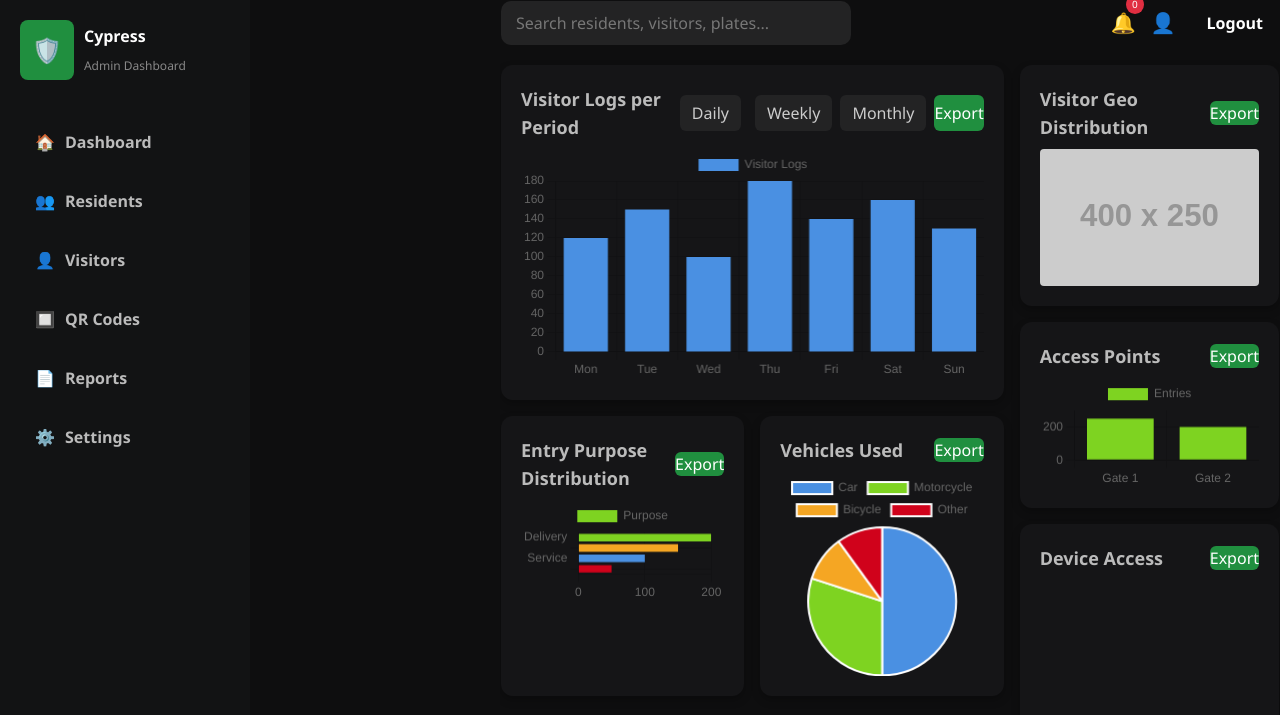
Repository: camuramon/my-project
Page: templates/admin/reports.html
These files come from the project's save history. The page is drawn as it stood at one moment and after the next save; the edit follows.
The browser window is 1280 px wide. The pictures show the whole page.
An inner scrolling area shows only its first screen. Some web libraries are served in a nearby version. The template is drawn by Flask 3. The application's start-up code is not run. Other server files are loaded and not shown. The template is opened directly, without the code that normally fills it, so the values that code supplies are empty.

Above is the page before, as saved 2025-09-14 00:26:14.
Console error: TypeError: Cannot read properties of null (reading 'addEventListener')

### templates/admin/reports.html
<!DOCTYPE html>
<html lang="en">
<head>
    <meta charset="UTF-8">
    <meta name="viewport" content="width=device-width, initial-scale=1.0">
    <title>VMS Reports Dashboard</title>

    <link rel="stylesheet" href="{{ url_for('static', filename='css/report.css') }}">
    <script src="https://cdn.jsdelivr.net/npm/chart.js"></script>
    <script src="https://cdn.tailwindcss.com"></script>
</head>
<body>
    <div class="container">
        <aside class="sidebar">
            <div class="logo">
                <div class="icon">🛡️</div>
                <div class="title">
                    <h2>Cypress</h2>
                    <span>Admin Dashboard</span>
                </div>
            </div>
            <nav>
                <ul class="sidebar-menu">
                    <li class="{% if request.path == url_for('admin_dashboard') %}active{% endif %}">
                        <a href="{{ url_for('admin_dashboard') }}"><span class="icon">🏠</span> Dashboard</a>
                    </li>
                    <li class="{% if request.path == url_for('admin_residents') %}active{% endif %}">
                        <a href="{{ url_for('admin_residents') }}"><span class="icon">👥</span> Residents</a>
                    </li>
                    <li class="{% if request.path == url_for('admin_visitors') %}active{% endif %}">
                        <a href="{{ url_for('admin_visitors') }}"><span class="icon">👤</span> Visitors</a>
                    </li>
                    <li><a href="#"><span class="icon">🔲</span> QR Codes</a></li>
                    <li class="{% if request.path == url_for('admin_reports') %}active{% endif %}">
                        <a href="{{ url_for('admin_reports') }}"><span class="icon">📄</span> Reports</a>
                    </li>
                    <li class="{% if request.path == url_for('admin_settings') %}active{% endif %}">
                        <a href="{{ url_for('admin_settings') }}"><span class="icon">⚙️</span> Settings</a>
                    </li>
                </ul>
            </nav>
        </aside>

        <main class="main-content">
            <header class="top-bar">
                <div class="search-bar">
                    <input type="search" placeholder="Search residents, visitors, plates..." />
                </div>
                <div class="top-icons">
                    <button class="icon-btn">🔔<span class="notification-count">{{ notifications|length }}</span></button>
                    <button class="icon-btn">👤</button>
                    <button id="logout-button" class="btn btn-gray text-white font-semibold py-2 px-4 rounded-full">
                Logout
            </button>
                </div>
            </header>
<script>
       document.getElementById('logout-button').addEventListener('click', function() {
    window.location.href = "/logout";   // ✅ tatawag sa Flask logout route
});
</script>
            <section class="flex flex-col lg:flex-row gap-4">
                <div class="flex-1 space-y-4">
                    <div class="card">
                        <div class="flex justify-between items-center mb-2">
                            <h3 class="text-lg font-semibold">Visitor Logs per Period</h3>
                            <div class="flex space-x-2">
                                <button class="btn-chart-toggle" data-period="daily">Daily</button>
                                <button class="btn-chart-toggle" data-period="weekly">Weekly</button>
                                <button class="btn-chart-toggle" data-period="monthly">Monthly</button>
                                <button class="btn-green">Export</button>
                            </div>
                        </div>
                        <canvas id="barChart"></canvas>
                    </div>

                    <div class="grid grid-cols-1 md:grid-cols-2 gap-4">
                        <div class="card">
                            <div class="flex justify-between items-center mb-2">
                                <h3 class="text-lg font-semibold">Entry Purpose Distribution</h3>
                                <button class="btn-green">Export</button>
                            </div>
                            <canvas id="horizontalChart"></canvas>
                        </div>
                        <div class="card">
                            <div class="flex justify-between items-center mb-2">
                                <h3 class="text-lg font-semibold">Vehicles Used</h3>
                                <button class="btn-green">Export</button>
                            </div>
                            <canvas id="pieChart"></canvas>
                        </div>
                    </div>
                </div>

                <div class="lg:w-1/3 space-y-4">
                    <div class="card">
                        <div class="flex justify-between items-center mb-2">
                            <h3 class="text-lg font-semibold">Visitor Geo Distribution</h3>
                            <button class="btn-green">Export</button>
                        </div>
                        <img src="https://placehold.co/400x250" alt="Geo map" class="w-full rounded">
                    </div>
                    <div class="card">
                        <div class="flex justify-between items-center mb-2">
                            <h3 class="text-lg font-semibold">Access Points</h3>
                            <button class="btn-green">Export</button>
                        </div>
                        <canvas id="accessChart"></canvas>
                    </div>
                    <div class="card">
                        <div class="flex justify-between items-center mb-2">
                            <h3 class="text-lg font-semibold">Device Access</h3>
                            <button class="btn-green">Export</button>
                        </div>
                        <canvas id="deviceChart"></canvas>
                    </div>
                </div>
            </section>

            <section class="grid grid-cols-1 md:grid-cols-2 gap-4 mt-4">
                <div class="card">
                    <h3 class="text-lg font-semibold mb-2">Visitor Logs</h3>
                    <div class="overflow-x-auto">
                        <table class="w-full text-sm">
                            <thead>
                                <tr class="border-b border-gray-600">
                                    <th class="text-left p-2">Name</th>
                                    <th class="text-left p-2">Purpose</th>
                                    <th class="text-left p-2">Vehicle</th>
                                    <th class="text-left p-2">Time In/Out</th>
                                    <th class="text-left p-2">Status</th>
                                </tr>
                            </thead>
                            <tbody>
                                <tr class="border-b border-gray-600 hover:bg-gray-800">
                                    <td class="p-2">John Doe</td>
                                    <td class="p-2">Delivery</td>
                                    <td class="p-2">Car</td>
                                    <td class="p-2">9:00 AM / 9:15 AM</td>
                                    <td class="p-2">Exited</td>
                                </tr>
                                <tr class="border-b border-gray-600 hover:bg-gray-800">
                                    <td class="p-2">Jane Smith</td>
                                    <td class="p-2">Guest</td>
                                    <td class="p-2">Motorcycle</td>
                                    <td class="p-2">10:00 AM / -</td>
                                    <td class="p-2">Inside</td>
                                </tr>
                            </tbody>
                        </table>
                    </div>
                    <a href="#" class="text-blue-400 float-right mt-2">View All</a>
                    <button class="btn-green mt-2">Export</button>
                </div>
                <div class="card">
                    <h3 class="text-lg font-semibold mb-2">Resident Reports</h3>
                    <div class="overflow-x-auto">
                        <table class="w-full text-sm">
                            <thead>
                                <tr class="border-b border-gray-600">
                                    <th class="text-left p-2">Name</th>
                                    <th class="text-left p-2">Status</th>
                                </tr>
                            </thead>
                            <tbody>
                                <tr class="border-b border-gray-600 hover:bg-gray-800">
                                    <td class="p-2">Alice Johnson</td>
                                    <td class="p-2"><span class="bg-green-600 px-2 py-1 rounded">Active</span></td>
                                </tr>
                                <tr class="border-b border-gray-600 hover:bg-gray-800">
                                    <td class="p-2">Bob Lee</td>
                                    <td class="p-2"><span class="bg-yellow-600 px-2 py-1 rounded">Suspended</span></td>
                                </tr>
                                <tr class="border-b border-gray-600 hover:bg-gray-800">
                                    <td class="p-2">Charlie Brown</td>
                                    <td class="p-2"><span class="bg-red-600 px-2 py-1 rounded">Blacklisted</span></td>
                                </tr>
                            </tbody>
                        </table>
                    </div>
                    <a href="#" class="text-blue-400 float-right mt-2">View All</a>
                    <button class="btn-green mt-2">Export</button>
                </div>
            </section>
        </main>
    </div>
    <script src="{{ url_for('static', filename='js/report.js') }}"></script>
</body>
</html>

### static/css/report.css
/* ===========================
   RESET & BASE STYLES
=========================== */
* {
  box-sizing: border-box;
  margin: 0;
  padding: 0;
}

html, body {
  height: 100%;
  width: 100%;
  margin: 0;
  padding: 0;
  overflow-x: hidden;
}

body {
  font-family: 'Segoe UI', Tahoma, Geneva, Verdana, sans-serif;
  background-color: #0e0e0f;
  color: #ddd;
  min-height: 100vh;
}

/* ===========================
   LAYOUT
=========================== */
.container {
  display: flex;
  min-height: 100vh;
}

/* ===========================
   SIDEBAR
=========================== */
.sidebar {
  width: 250px;
  height: 100vh;
  background-color: #121314;
  padding: 20px;
  position: fixed;
  top: 0;
  left: 0;
  z-index: 10;
  flex-shrink: 0;
}

.logo {
  display: flex;
  align-items: center;
  margin-bottom: 40px;
}

.logo .icon {
  background-color: #208f3f;
  padding: 12px;
  border-radius: 8px;
  font-size: 24px;
  color: white;
  margin-right: 10px;
}

.logo .title h2 {
  font-weight: 700;
  color: white;
  margin-bottom: 4px;
}

.logo .title span {
  font-size: 12px;
  color: #888;
}

.sidebar-menu {
  list-style: none;
  padding: 0;
}

.sidebar-menu li {
  margin: 15px 0;
}

.sidebar-menu li a {
  text-decoration: none;
  color: #bbb;
  font-weight: 600;
  display: flex;
  align-items: center;
  gap: 10px;
  font-size: 16px;
  padding: 10px 15px;
  border-radius: 8px;
  transition: background-color 0.3s ease, color 0.3s ease;
}

.sidebar-menu li.active a {
  background-color: #2a2a2e;
  color: white;
}

.sidebar-menu li a:hover {
  background-color: #1d1d1f;
  color: white;
}

/* ===========================
   MAIN CONTENT
=========================== */
.main-content {
  flex-grow: 1;
  /* 🔑 Fix: Add margin-left to prevent content from going under the fixed sidebar */
  margin-left: 500px;
  padding: 1px;
  background-color: #0e0e0f;
  min-height: 100vh;
  width: calc(100% - 250px);
  overflow-x: hidden;
  box-sizing: border-box;
}

/* ===========================
   TOP BAR
=========================== */
.top-bar {
  display: flex;
  justify-content: space-between;
  align-items: center;
  margin-bottom: 20px;
}

.search-bar input {
  width: 350px;
  padding: 10px 15px;
  border: none;
  border-radius: 10px;
  background-color: #232324;
  color: #ccc;
  font-size: 16px;
}

.search-bar input::placeholder {
  color: #777;
}

.top-icons {
  display: flex;
  gap: 15px;
}

.icon-btn {
  background: none;
  border: none;
  color: #ccc;
  font-size: 20px;
  position: relative;
  cursor: pointer;
}

.notification-count {
  position: absolute;
  top: -8px;
  right: -8px;
  background-color: #e02e41;
  font-size: 10px;
  padding: 2px 6px;
  border-radius: 50%;
  color: white;
}

/* ===========================
   CARDS
=========================== */
.card {
  background-color: #151517;
  border-radius: 12px;
  padding: 20px;
  color: #bbb;
  box-shadow: 0 4px 8px rgba(0,0,0,0.25);
  transition: box-shadow 0.3s ease;
}

.card:hover {
  box-shadow: 0 6px 20px rgba(74,144,226,0.7);
}

.card h2 {
  color: white;
  font-weight: 800;
  font-size: 22px;
  margin-bottom: 10px;
}

/* ===========================
   BUTTONS
=========================== */
button {
  cursor: pointer;
  border: none;
  border-radius: 6px;
  font-weight: 600;
  padding: 8px 14px;
  font-size: 14px;
}

.btn-green {
  background-color: #208f3f;
  color: white;
  transition: 0.3s;
}

.btn-green:hover {
  background-color: #27b34c;
  box-shadow: 0 0 10px #27b34c;
}

.btn-chart-toggle {
  background-color: #232324;
  color: #ccc;
  margin-right: 6px;
  border-radius: 6px;
  padding: 6px 12px;
  cursor: pointer;
  transition: 0.3s;
}

.btn-chart-toggle:hover {
  background-color: #4A90E2;
  color: white;
}

/* ===========================
   TABLES
=========================== */
table {
  width: 100%;
  border-collapse: collapse;
  table-layout: fixed;
}

th, td {
  text-align: left;
  padding: 10px;
  font-size: 14px;
  color: #ddd;
}

thead {
  background-color: #2a2a2e;
}

tr {
  border-bottom: 1px solid #333;
}

tr:hover {
  background-color: #252527;
}

/* ===========================
   CHARTS
=========================== */
.chart-container canvas {
  width: 100% !important;
  height: auto !important;
  max-height: 300px;
}

### static/js/report.js
// Bar Chart
const barCtx = document.getElementById('barChart').getContext('2d');
let period = 'daily';
const barData = {
  daily: [120, 150, 100, 180, 140, 160, 130],
  weekly: [850, 900, 880, 920],
  monthly: [3200, 3500, 3400]
};
const barChart = new Chart(barCtx, {
  type: 'bar',
  data: {
    labels: ['Mon', 'Tue', 'Wed', 'Thu', 'Fri', 'Sat', 'Sun'],
    datasets: [{
      label: 'Visitor Logs',
      data: barData.daily,
      backgroundColor: '#4A90E2'
    }]
  },
  options: {
    responsive: true,
    maintainAspectRatio: true, // ✅ prevents chart from over-expanding
    plugins: {
      tooltip: { enabled: true }
    }
  }
});

document.querySelectorAll('.btn-chart-toggle').forEach(btn => {
  btn.addEventListener('click', (e) => {
    period = e.target.dataset.period;
    const labels = period === 'daily'
      ? ['Mon', 'Tue', 'Wed', 'Thu', 'Fri', 'Sat', 'Sun']
      : (period === 'weekly'
        ? ['Week 1', 'Week 2', 'Week 3', 'Week 4']
        : ['Jan', 'Feb', 'Mar']);
    barChart.data.labels = labels;
    barChart.data.datasets[0].data = barData[period];
    barChart.update();
  });
});

// Horizontal Stacked Bar
const horCtx = document.getElementById('horizontalChart').getContext('2d');
new Chart(horCtx, {
  type: 'bar',
  data: {
    labels: ['Delivery', 'Guest', 'Service', 'Other'],
    datasets: [{
      label: 'Purpose',
      data: [200, 150, 100, 50],
      backgroundColor: ['#7ED321', '#F5A623', '#4A90E2', '#D0021B']
    }]
  },
  options: {
    indexAxis: 'y',
    responsive: true,
    maintainAspectRatio: true // ✅ keep it proportional
  }
});

// Pie Chart
const pieCtx = document.getElementById('pieChart').getContext('2d');
new Chart(pieCtx, {
  type: 'pie',
  data: {
    labels: ['Car', 'Motorcycle', 'Bicycle', 'Other'],
    datasets: [{
      data: [500, 300, 100, 100],
      backgroundColor: ['#4A90E2', '#7ED321', '#F5A623', '#D0021B']
    }]
  },
  options: {
    responsive: true,
    maintainAspectRatio: true // ✅
  }
});

// Access Points Chart
const accCtx = document.getElementById('accessChart').getContext('2d');
new Chart(accCtx, {
  type: 'bar',
  data: {
    labels: ['Gate 1', 'Gate 2'],
    datasets: [{
      label: 'Entries',
      data: [250, 200],
      backgroundColor: '#7ED321'
    }]
  },
  options: {
    responsive: true,
    maintainAspectRatio: true // ✅
  }
});

// Export buttons (placeholder)
document.querySelectorAll('.btn-export, .btn-green').forEach(btn => {
  if (btn.classList.contains('btn-export')) {
    btn.style.display = 'inline-block';
  }
  btn.addEventListener('click', () => {
    alert('Export functionality coming soon!');
  });
});

// Filter button
document.querySelector('.btn-filter').addEventListener('click', () => {
  alert('Filter modal or functionality here!');
});

After the next save:
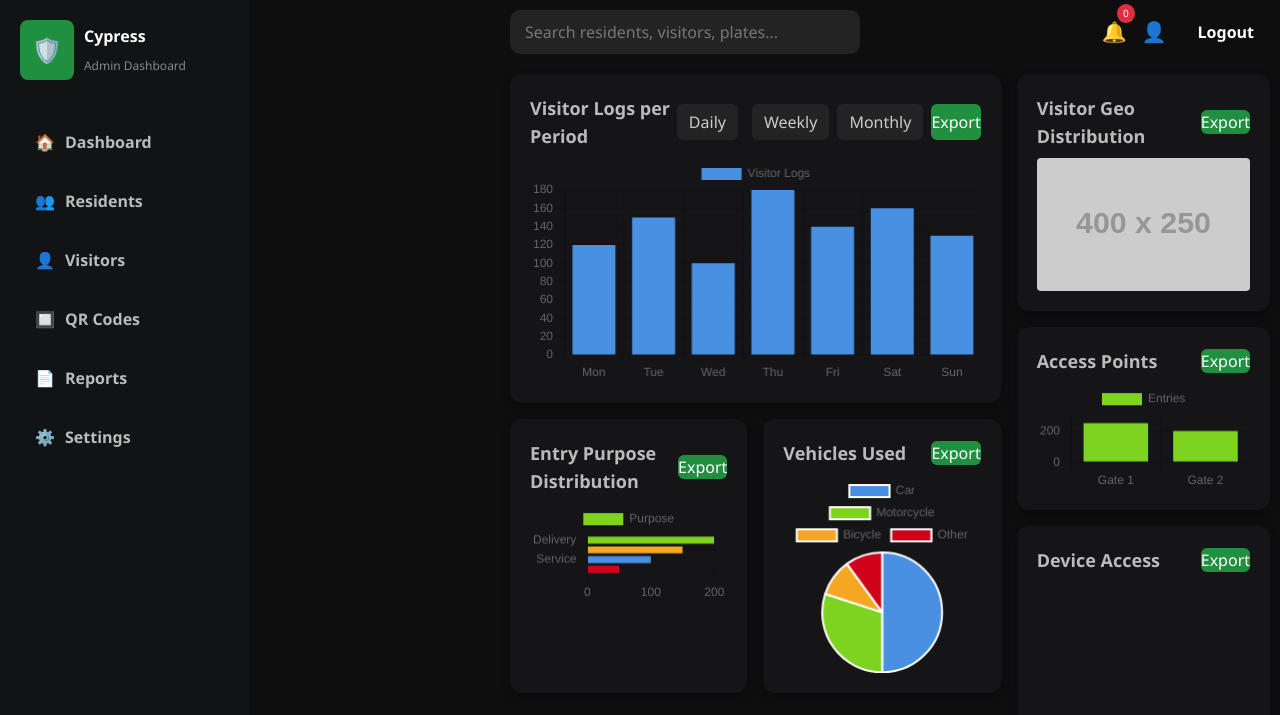
Saved 7 s later.
--- a/static/css/report.css
+++ b/static/css/report.css
@@ -110,7 +110,7 @@ body {
   flex-grow: 1;
   /* 🔑 Fix: Add margin-left to prevent content from going under the fixed sidebar */
   margin-left: 500px;
-  padding: 1px;
+  padding: 10px;
   background-color: #0e0e0f;
   min-height: 100vh;
   width: calc(100% - 250px);
